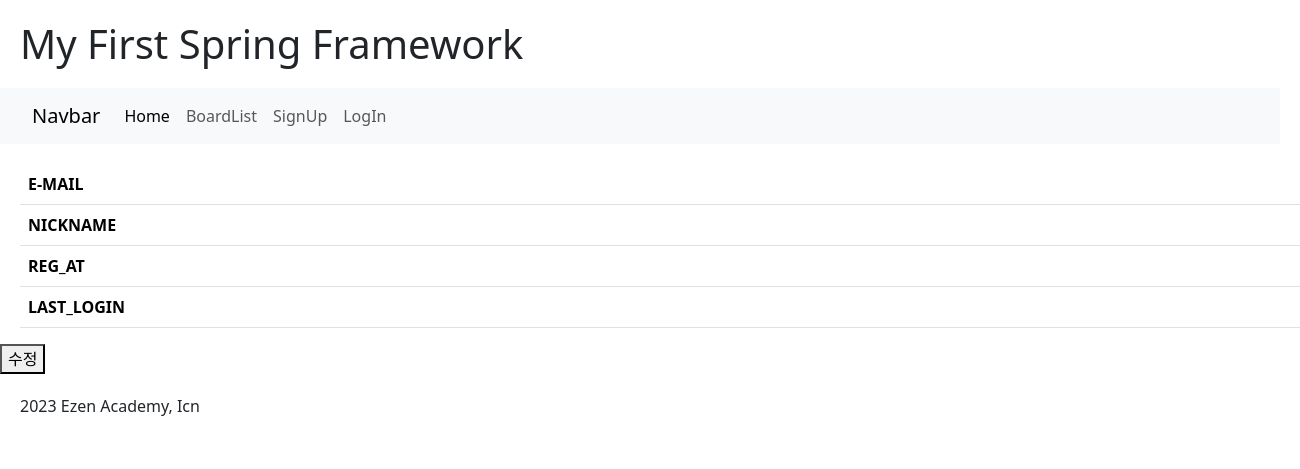
Repository: halsooitda/spring-java
Page: http://localhost/springProject/WEB-INF/views/member/detail.jsp
The author's editor kept a copy of each file at every save. The page is drawn from the files as they stood at one save, then again after the next save.
The browser window is 1280 px wide. The page is 1300 px wide, so the pictures cover 1300 px, including what lies to the right of the window. The pictures show the whole page.
The page is served by Tomcat 9. Nobody is signed in. Other server files are loaded and not shown. The template is opened directly, without the code that normally fills it, so the values that code supplies are empty.

Above is the page before, as saved 2023-10-31 07:23:16.
Console error: TypeError: Cannot read properties of null (reading 'addEventListener')

### springProject/src/main/webapp/WEB-INF/views/member/detail.jsp
<%@ page language="java" contentType="text/html; charset=UTF-8"
    pageEncoding="UTF-8"%>
<%@ taglib uri="http://java.sun.com/jsp/jstl/core" prefix="c" %>
<!DOCTYPE html>
<html>
<head>
<meta charset="UTF-8">
<title>Member Detail</title>
<style type="text/css">
	table{
		margin: 20px;
	}
</style>
</head>
<body>
<jsp:include page="../common/header.jsp"/>
<jsp:include page="../common/nav.jsp"/>

<c:set value="${mvo }" var="mvo"></c:set>
	<table class="table">
		<tr>
			<th>E-MAIL</th>
			<td>${mvo.email }</td>
		</tr>
		<tr>
			<th>NICKNAME</th>
			<td>${mvo.nickName }</td>
		</tr>
		<tr>
			<th>REG_AT</th>
			<td>${mvo.regAt }</td>
		</tr>
		<tr>
			<th>LAST_LOGIN</th>
			<td>${mvo.lastLogin }</td>
		</tr>
	</table>
	<a  href="/member/modify"><button>수정</button></a>

<jsp:include page="../common/footer.jsp"/>
</body>
</html>

### springProject/src/main/webapp/WEB-INF/views/common/header.jsp
<%@ page language="java" contentType="text/html; charset=UTF-8"
    pageEncoding="UTF-8"%>
<%@ taglib uri="http://java.sun.com/jsp/jstl/core" prefix="c"%>
<!DOCTYPE html>
<html>
<head>
<meta charset="UTF-8">
<title>Header</title>
<link href="https://cdn.jsdelivr.net/npm/bootstrap@5.3.1/dist/css/bootstrap.min.css" rel="stylesheet" integrity="sha384-4bw+/aepP/YC94hEpVNVgiZdgIC5+VKNBQNGCHeKRQN+PtmoHDEXuppvnDJzQIu9" crossorigin="anonymous">
<script src="https://cdn.jsdelivr.net/npm/bootstrap@5.3.1/dist/js/bootstrap.bundle.min.js" integrity="sha384-HwwvtgBNo3bZJJLYd8oVXjrBZt8cqVSpeBNS5n7C8IVInixGAoxmnlMuBnhbgrkm" crossorigin="anonymous"></script>
<style type="text/css">
	h1, p, h3{
		margin: 20px;
	}
</style>
</head>
<body>
<h1>My First Spring Framework</h1>

</body>
</html>

### springProject/src/main/webapp/WEB-INF/views/common/nav.jsp
<%@ page language="java" contentType="text/html; charset=UTF-8"
    pageEncoding="UTF-8"%>
<%@ taglib uri="http://java.sun.com/jsp/jstl/core" prefix="c"%>
<%@ taglib prefix="sec" uri="http://www.springframework.org/security/tags" %>
<!DOCTYPE html>
<html>
<head>
<meta charset="UTF-8">
<title>Nav</title>
<style type="text/css">
	.container-fluid{
		margin-left: 20px;
	}
</style>
</head>
<body>
<header>
	<nav class="navbar navbar-expand-lg bg-body-tertiary">
  <div class="container-fluid">
    <a class="navbar-brand" href="#">Navbar</a>
    <button class="navbar-toggler" type="button" data-bs-toggle="collapse" data-bs-target="#navbarSupportedContent" aria-controls="navbarSupportedContent" aria-expanded="false" aria-label="Toggle navigation">
      <span class="navbar-toggler-icon"></span>
    </button>
    <div class="collapse navbar-collapse" id="navbarSupportedContent">
      <ul class="navbar-nav me-auto mb-2 mb-lg-0">

        <li class="nav-item">
          <a class="nav-link active" aria-current="page" href="/">Home</a>
        </li>
        <li class="nav-item">
          <a class="nav-link" href="/board/list">BoardList</a>
        </li>

		<!-- 인증이 된 사용자들만 -->
        <sec:authorize access="isAuthenticated()">
        <!-- 현재 인증한 사용자의 정보를 가져와서 해당 권한이 있는 케이스를 open -->
        <!-- 사용자 정보는 principal -->
        <sec:authentication property="principal.mvo.email" var="authEmail" />
        <sec:authentication property="principal.mvo.nickName" var="authNick"/>
        <sec:authentication property="principal.mvo.authList" var="auths"/>

		<li class="nav-item">
			<a class="nav-link" href="/board/register">BoardReg</a>
		          				<!-- controller -->
		</li>
        <c:choose>
        	<c:when test="${auths.stream().anyMatch(authVO -> authVO.auth.equals('ROLE_ADMIN')).get() }">
        		<!-- admin 계정만 할 수 있는 일을 처리 -->
        		<li class="nav-item">
        			<a class="nav-link" href="/member/list">admin > ${authNick }(${authEmail })</a>
        		</li>
        	</c:when>
        	<c:otherwise>
		        <!-- 로그인해야 open 되는 메뉴들 -->
        		<li class="nav-item">
        			<a class="nav-link" href="/member/detail?email=${authEmail }">${authNick }(${authEmail })</a>
        		</li>
        	</c:otherwise>
        </c:choose>

		<!-- get일때만 쿼리스트링으로 값 달고갈 수 있음 -->
	    <li class="nav-item">
			<a class="nav-link" href="" id="logoutLink">LogOut</a>
        </li>
		<form action="/member/logout" method="post" id="logoutForm">
			<input type="hidden" name="email" value="${authEmail }">
		</form>
        </sec:authorize>
        <!-- 권한이 있을 때 -->

        <!-- 권한이 없을 때(비회원) -->
        <!-- 아직 로그인 전 상태에서 오픈되어야 할 메뉴 -->
        <sec:authorize access="isAnonymous()">
	        <li class="nav-item">
	          <a class="nav-link" href="/member/register">SignUp</a>
	        </li>
	        <li class="nav-item">
	          <a class="nav-link" href="/member/login">LogIn</a>
	        </li>
        </sec:authorize>

      </ul>
    </div>
  </div>
</nav>
</header>

<script type="text/javascript">
document.getElementById('logoutLink').addEventListener('click', (e)=>{
	e.preventDefault(); //기존에 있던 이벤트를 없애는 형태
	document.getElementById('logoutForm').submit();
})
</script>

</body>
</html>

### springProject/src/main/webapp/WEB-INF/views/common/footer.jsp
<%@ page language="java" contentType="text/html; charset=UTF-8"
    pageEncoding="UTF-8"%>
<%@ taglib uri="http://java.sun.com/jsp/jstl/core" prefix="c"%>
<!DOCTYPE html>
<html>
<head>
<meta charset="UTF-8">
<title>Footer</title>

</head>
<body>
<div>
	<p>2023 Ezen Academy, Icn</p>
</div>
</body>
</html>

After the next save:
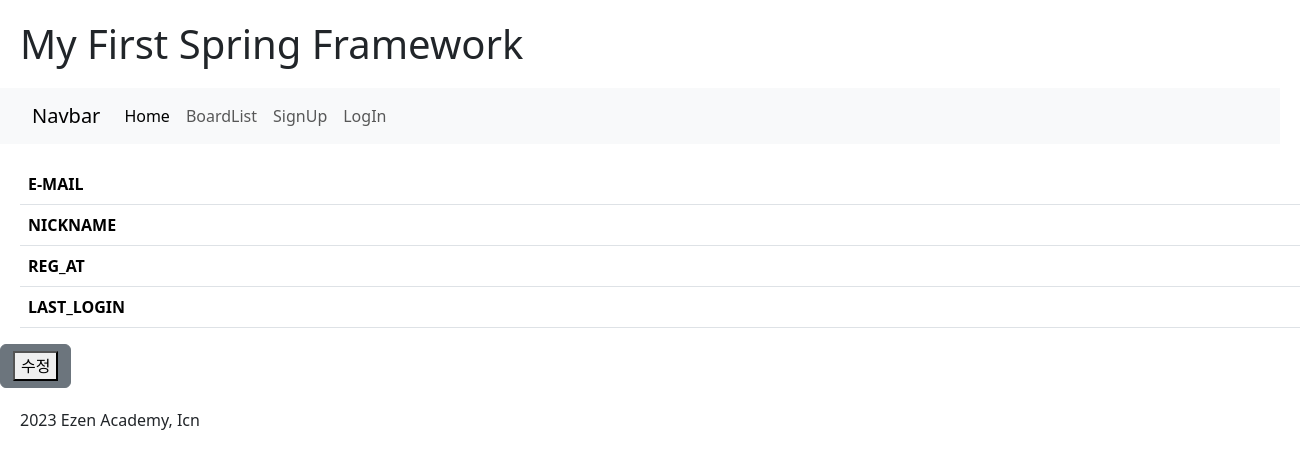
Saved 26 s later.
--- a/springProject/src/main/webapp/WEB-INF/views/member/detail.jsp
+++ b/springProject/src/main/webapp/WEB-INF/views/member/detail.jsp
@@ -35,7 +35,7 @@
 			<td>${mvo.lastLogin }</td>
 		</tr>
 	</table>
-	<a  href="/member/modify"><button>수정</button></a>
+	<a class="btn btn-secondary" href="/member/modify"><button>수정</button></a>
 
 <jsp:include page="../common/footer.jsp"/>
 </body>
